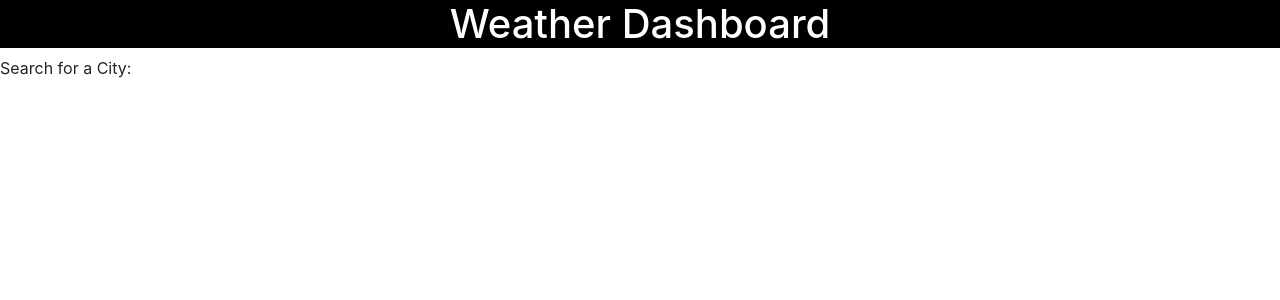
Repository: s88leigh/Weather-Dashboard
Page: index.html
An editor plug-in stored every save of this project. The page is shown before and after the next save, followed by the edit.
The browser window is 1280 px wide. The pictures show the whole page.

Above is the page before, as saved 2019-10-30 20:13:17.

After the next save:
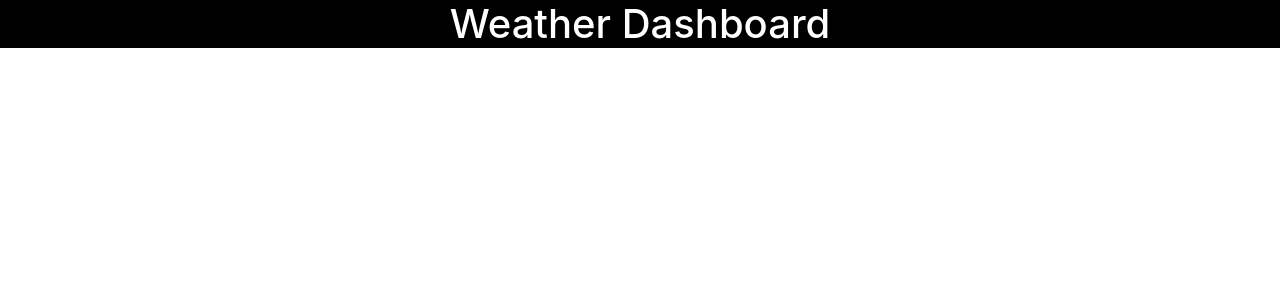
Saved 79 s later.
--- a/index.html
+++ b/index.html
@@ -15,7 +15,7 @@
     </div>
 
     <div id="left-b0x">
-        <label id="search">Search for a City:</>
+
 
     </div>
 
